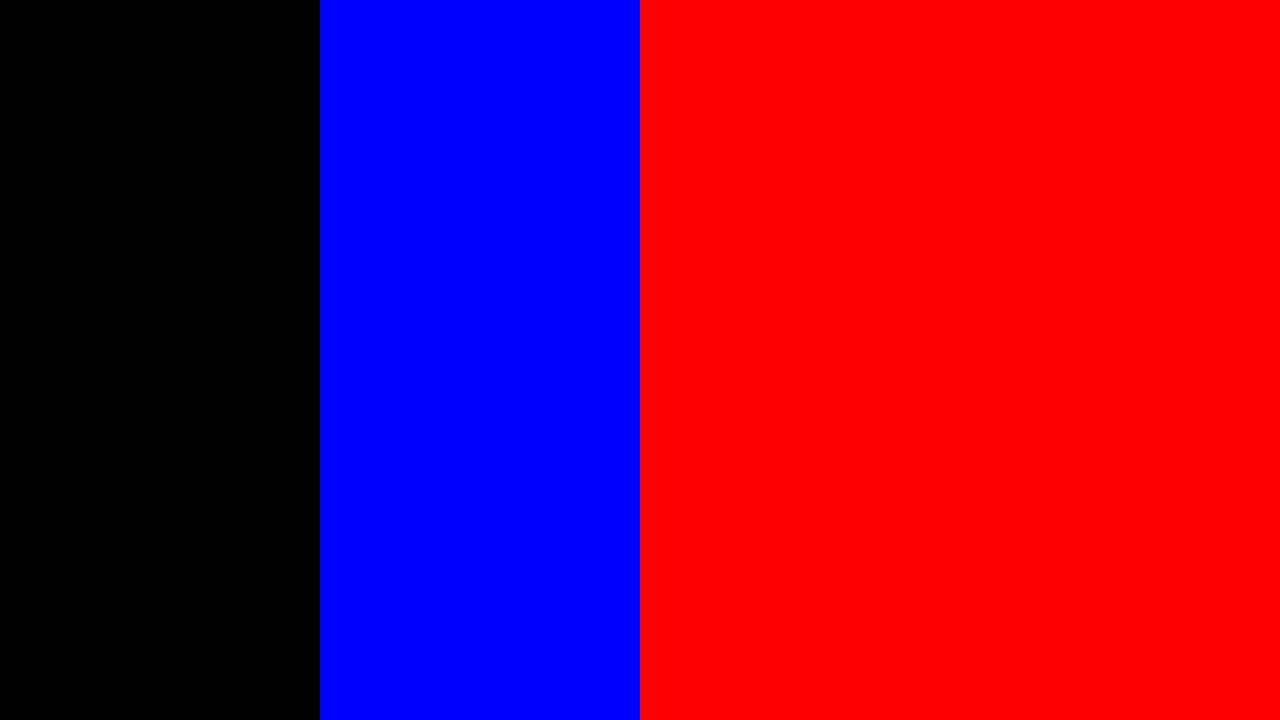
Repository: napan24/classforma_assignment
Page: / (app in client/)
These files come from the project's save history. The page is drawn as it stood at one moment and after the next save; the edit follows.
The browser window is 1280 px wide. The pictures show the whole page.
The project was rebuilt for these pictures with package versions that can differ from the ones it lists, and the page was loaded fresh each time. Also part of the build but not shown: client/src/App.css.

Above is the page before, as saved 2022-07-19 16:22:31.

### client/src/App.js
import logo from './logo.svg';
import './App.css';
import Home from './Home';

function App() {
  return (
    <>
      <Home></Home>
    </>
  );
}

export default App;

### client/src/Home.js
import React from 'react'

const Home = () => {
  return (
    <>
        <div style={{display:'flex',width:"100vw",height:"100vh",backgroundColor:'red'}}>
            <div style={{width:"25vw",height:"100vh",backgroundColor:"black"}}>

            </div>
            <div style={{width:"25vw",height:"100vh",backgroundColor:"blue"}}>

            </div>
            <div>

            </div>
        </div>
    </>
  )
}

export default Home

Loaded but not shown: client/public/index.html (common file); client/src/index.js (common file); client/src/index.css (common file); client/src/reportWebVitals.js (common file)

After the next save:
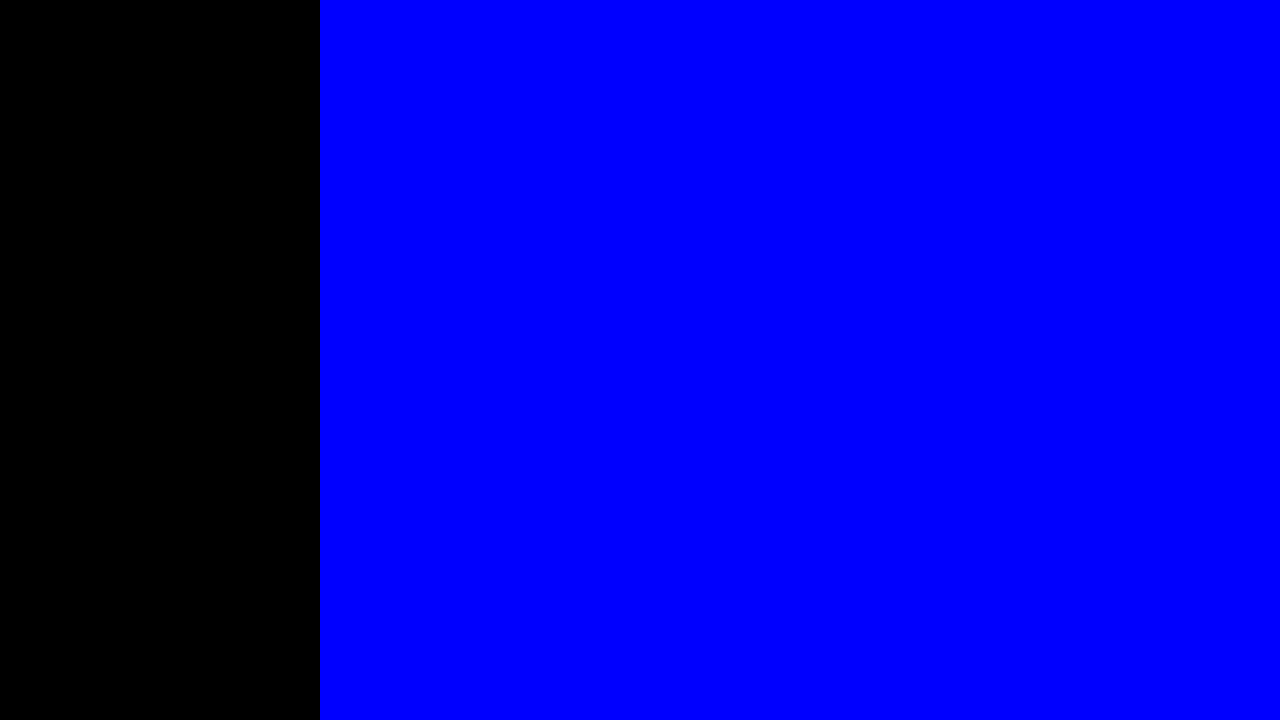
Saved 14 s later.
--- a/client/src/Home.js
+++ b/client/src/Home.js
@@ -7,10 +7,10 @@ const Home = () => {
             <div style={{width:"25vw",height:"100vh",backgroundColor:"black"}}>
 
             </div>
-            <div style={{width:"25vw",height:"100vh",backgroundColor:"blue"}}>
+            <div style={{width:"50vw",height:"100vh",backgroundColor:"blue"}}>
 
             </div>
-            <div>
+            <div style={{width:"25vw",height:"100vh",backgroundColor:"blue"}}>
 
             </div>
         </div>
